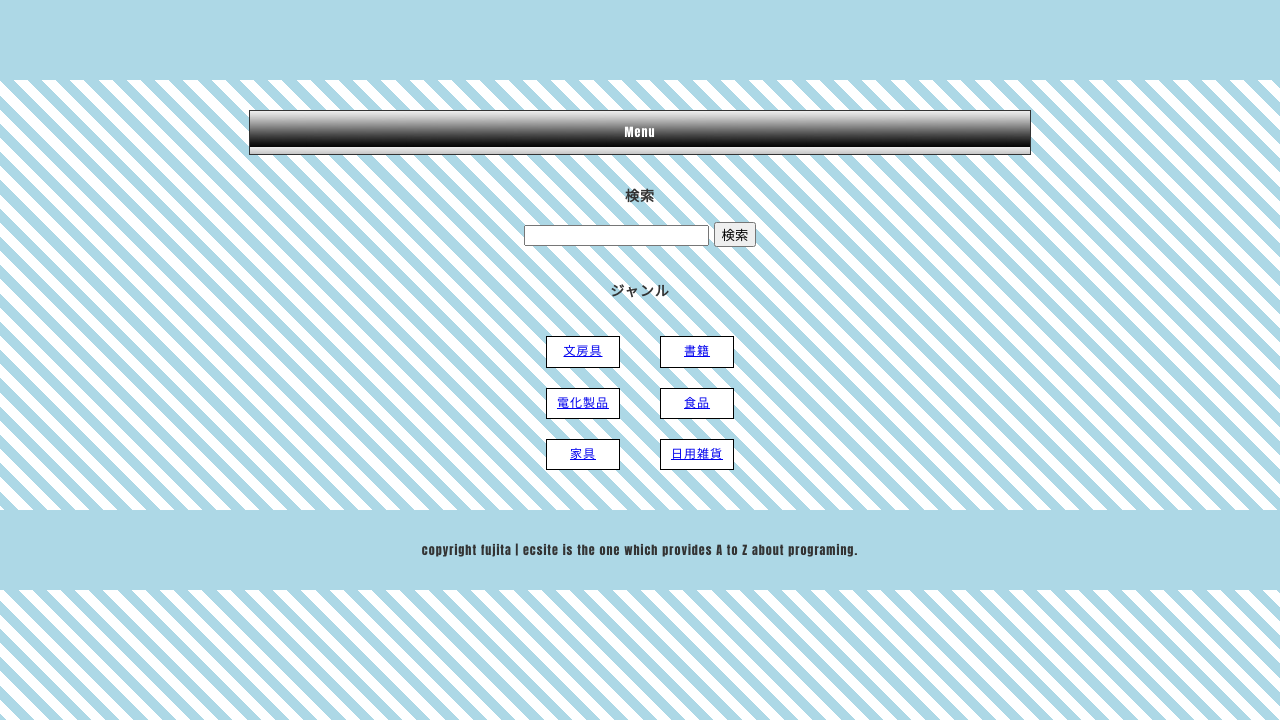
Repository: ryousukefujita-0423/test
Page: http://localhost/ecsite/menu.jsp
These files come from the project's save history. The page is drawn as it stood at one moment and after the next save; the edit follows.
The browser window is 1280 px wide. The pictures show the whole page.
The page is served by Tomcat 9.

Above is the page before, as saved 2019-03-22 02:06:22.

After the next save:
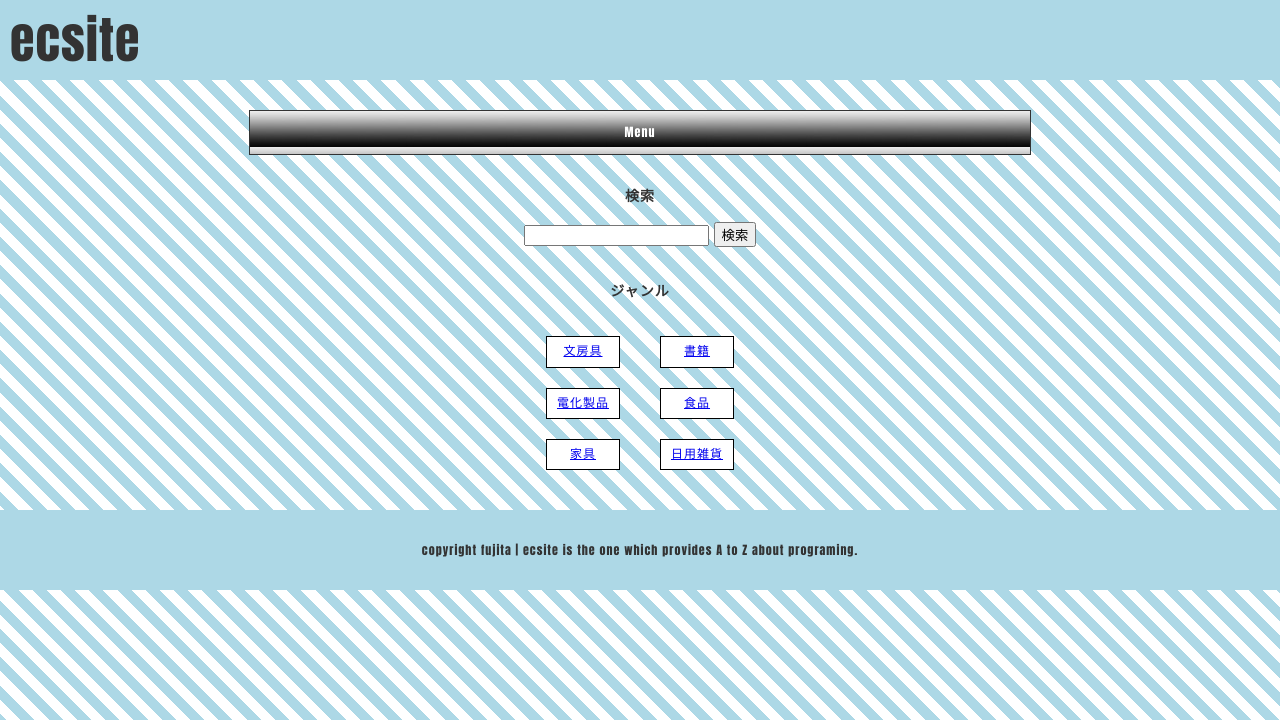
Saved 36 s later.
--- a/ecsite/WebContent/menu.jsp
+++ b/ecsite/WebContent/menu.jsp
@@ -14,7 +14,7 @@
 <title>Menu</title>
 </head>
 <body>
-	<div id="header"></div>
+	<div id="header">ecsite</div>
 	<div id="main">
 		<div id="top">
 			<p>Menu</p>
